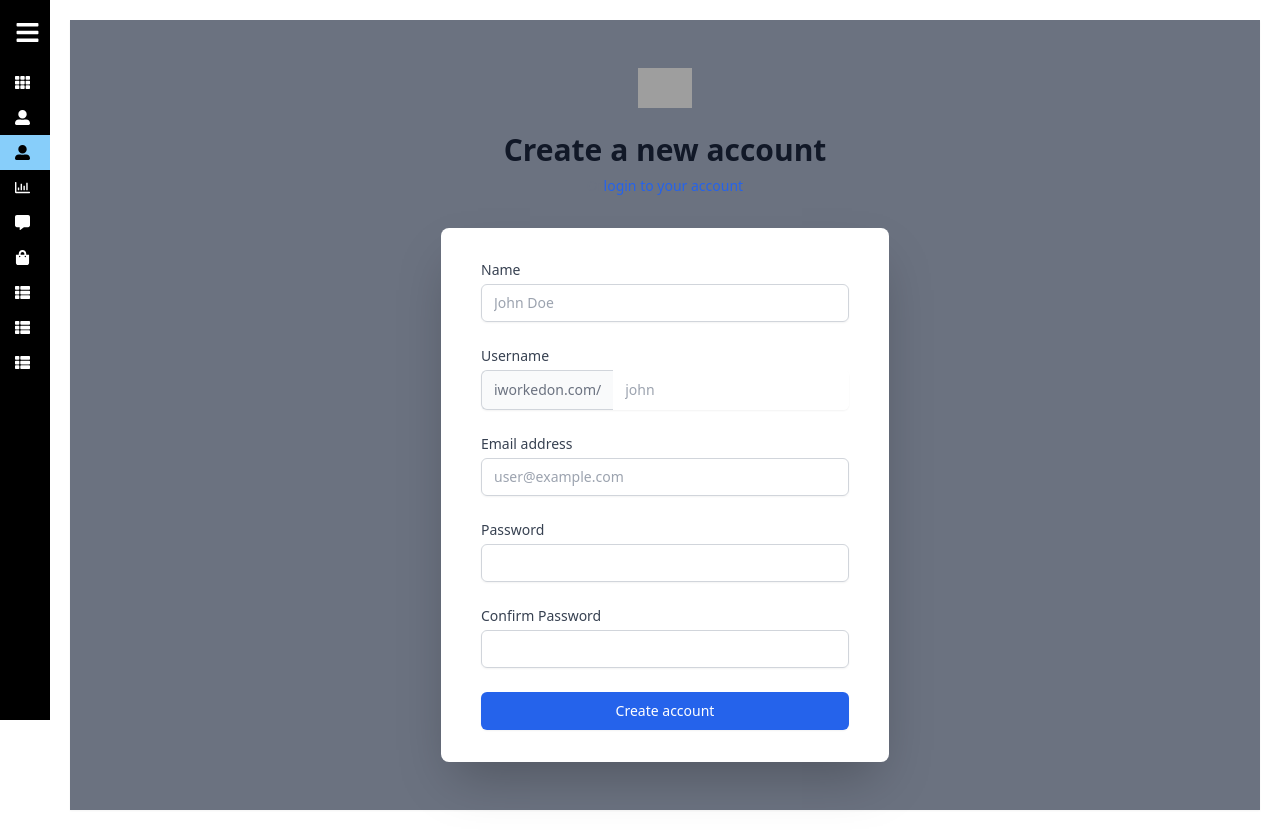
Repository: AndargWorku12/admin-dashboard
Page: /signup
The author's editor kept a copy of each file at every save. The page is drawn from the files as they stood at one save, then again after the next save.
The browser window is 1280 px wide. The pictures show the whole page.
Pictures or frames that could not be fetched are drawn as grey boxes. The project was rebuilt for these pictures with package versions that can differ from the ones it lists, and the page was loaded fresh each time. Also part of the build but not shown: src/pages/Dashboard.tsx, src/pages/Orders.tsx, src/pages/Category.tsx, src/pages/Login.tsx, src/pages/Analytics.tsx, src/pages/CustemerReview.tsx, src/pages/ProductList.tsx, src/pages/ShopCard.tsx.

Above is the page before, as saved 2024-01-26 03:56:58.

### src/index.tsx
import { ColorModeScript } from "@chakra-ui/react"
import * as React from "react"
import * as ReactDOM from "react-dom/client"
import App from "./App"
import './index.css'

const container = document.getElementById("root")
if (!container) throw new Error('Failed to find the root element');
const root = ReactDOM.createRoot(container)

root.render(

  <React.StrictMode>
    <ColorModeScript />
    <App />
  </React.StrictMode>,

)

### src/components/Sidebar.tsx
import React, { useState } from 'react';
import ReactNode from "react";
import {
    FaTh,
    FaBars,
    FaUserAlt,
    FaRegChartBar,
    FaCommentAlt,
    FaShoppingBag,
    FaThList
} from 'react-icons/fa';
import { NavLink, NavLinkProps } from 'react-router-dom';



interface MenuItem {
    path: string;
    name: string;
    icon: JSX.Element;
}

interface SidebarProps {
  children: React.ReactNode;
}
    const Sidebar: React.FC<React.PropsWithChildren<{}>> = ({ children }) => {
    const [isOpen, setIsOpen] = useState(false);

    const toggle = () => setIsOpen(!isOpen);

    const menuItems: MenuItem[] = [
        {
            path: '/',
            name: 'Dashboard',
            icon: <FaTh />,
        },
        {
            path: '/login',
            name: 'Login',
            icon: <FaUserAlt />,
        },
        {
          path: '/signup',
          name: 'Register form',
          icon: <FaUserAlt />,
      },
        {
            path: '/analytics',
            name: 'Analytics',
            icon: <FaRegChartBar />,
        },
        {
            path: '/review',
            name: 'CustemerReview',
            icon: <FaCommentAlt />,
        },
        {
            path: '/product',
            name: 'Product',
            icon: <FaShoppingBag />,
        },
        {
            path: '/category',
            name: 'Category List',
            icon: <FaThList />,
        },
        {
          path: '/orders',
          name: 'Orders',
          icon: <FaThList />,
      },
      {
        path: '/shop',
        name: 'Sample product',
        icon: <FaThList />,
    },
    ];

    return (
        <div className="container">
            <div style={{ width: isOpen ? '200px' : '50px' }} className="sidebar">
                <div className="top_section">
                    <h1 style={{ display: isOpen ? 'block' : 'none' }} className="logo">
                        Logo
                    </h1>
                    <div style={{ marginLeft: isOpen ? '50px' : '0px' }} className="bars">
                        <FaBars onClick={toggle} />
                    </div>
                </div>
                {menuItems.map((item, index) => (
                    <NavLink to={item.path} key={index} className="link"
                    //  activeClassName="active"
                     >
                        <div className="icon">{item.icon}</div>
                        <div style={{ display: isOpen ? 'block' : 'none' }} className="link_text text-sm">
                            {item.name}
                        </div>
                    </NavLink>
                ))}
            </div>
            <main>{children}</main>
        </div>
    );
};

export default Sidebar;

### src/App.css
* {
    margin: 0;
    padding: 0;
    text-decoration: none;
}

.container {
    display: flex;
}

main {
    width: 100%;
    padding: 20px;
}

.sidebar {
    background: #000;
    color: #fff;
    height: 100vh;
    width: 200px;
    transition: all 0.5s;
}

.top_section {
    display: flex;
    align-items: center;
    padding: 20px 15px;
}

.logo {
    font-size: 30px;
}

.bars {
    display: flex;
    font-size: 25px;
    margin-left: 50px;
}

.link {
    display: flex;
    color: #fff;
    padding: 10px 15px;
    gap: 15px;
    transition: all 0.5s;
}

.link:hover {
    background: lightskyblue;
    color: #000;
    transition: all 0.5s;
}

.active {
    background: lightskyblue;
    color: #000;
}

.icon,
.link_text {
    font-size: 15px;
}

### src/pages/SignUpForm.tsx

import React from 'react';

const SignUp: React.FC = () => {
  return (
    <div className="min-h-screen bg-gray-500 flex flex-col justify-center py-12 sm:px-6 lg:px-8 shadow-sm">
      <div className="sm:mx-auto sm:w-full sm:max-w-md">
        <img
          className="mx-auto h-10 w-auto"
          src="https://www.svgrepo.com/show/301692/login.svg"
          alt="Workflow"
        />
        <h2 className="mt-6 text-center text-3xl leading-9 font-extrabold text-gray-900">
          Create a new account
        </h2>
        <p className="mt-2 text-center text-sm leading-5 text-gray-500 max-w">
          Or
          <a
            href="#"
            className="font-medium text-blue-600 hover:text-blue-500 focus:outline-none focus:underline transition ease-in-out duration-150"
          >
            login to your account
          </a>
        </p>
      </div>

      <div className="mt-8 sm:mx-auto sm:w-full sm:max-w-md">
        <div className="bg-white py-8 px-4 sm:rounded-lg sm:px-10 shadow-2xl">
          <form method="POST" action="#">
            <div>
              <label htmlFor="name" className="block text-sm font-medium leading-5 text-gray-700">
                Name
              </label>
              <div className="mt-1 relative rounded-md shadow-sm">
                <input
                  id="name"
                  name="name"
                  placeholder="John Doe"
                  type="text"
                  required
                  value=""
                  className="appearance-none block w-full px-3 py-2 border border-gray-300 rounded-md placeholder-gray-400 focus:outline-none focus:shadow-outline-blue focus:border-blue-300 transition duration-150 ease-in-out sm:text-sm sm:leading-5"
                />
                <div className="hidden absolute inset-y-0 right-0 pr-3 flex items-center pointer-events-none">
                  <svg className="h-5 w-5 text-red-500" fill="currentColor" viewBox="0 0 20 20">
                    <path
                      fillRule="evenodd"
                      d="M18 10a8 8 0 11-16 0 8 8 0 0116 0zm-7 4a1 1 0 11-2 0 1 1 0 012 0zm-1-9a1 1 0 00-1 1v4a1 1 0 102 0V6a1 1 0 00-1-1z"
                      clipRule="evenodd"
                    />
                  </svg>
                </div>
              </div>
            </div>

            <div className="mt-6">
              <label htmlFor="username" className="block text-sm font-medium leading-5 text-gray-700">
                Username
              </label>
              <div className="mt-1 flex rounded-md shadow-sm">
                <span className="inline-flex h-10 items-center px-3 rounded-l-md border border-r-0 border-gray-300 bg-gray-50 text-gray-500 sm:text-sm">
                  iworkedon.com/
                </span>
                <input
                  id="username"
                  name="username"
                  placeholder="john"
                  type="text"
                  required
                  value=""
                  className="flex-1 form-input pl-3 block w-full rounded-none rounded-r-md transition duration-150 ease-in-out sm:text-sm sm:leading-5"
                />
              </div>
            </div>

            <div className="mt-6">
              <label htmlFor="email" className="block text-sm font-medium leading-5 text-gray-700">
                Email address
              </label>
              <div className="mt-1 relative rounded-md shadow-sm">
                <input
                  id="email"
                  name="email"
                  placeholder="user@example.com"
                  type="email"
                  required
                  value=""
                  className="appearance-none block w-full px-3 py-2 border border-gray-300 rounded-md placeholder-gray-400 focus:outline-none focus:shadow-outline-blue focus:border-blue-300 transition duration-150 ease-in-out sm:text-sm sm:leading-5"
                />
                <div className="hidden absolute inset-y-0 right-0 pr-3 flex items-center pointer-events-none">
                  <svg className="h-5 w-5 text-red-500" fill="currentColor" viewBox="0 0 20 20">
                    <path
                      fillRule="evenodd"
                      d="M18 10a8 8 0 11-16 0 8 8 0 0116 0zm-7 4a1 1 0 11-2 0 1 1 0 012 0zm-1-9a1 1 0 00-1 1v4a1 1 0 102 0V6a1 1 0 00-1-1z"
                      clipRule="evenodd"
                    ></path>
                  </svg>
                </div>
              </div>
            </div>

            <div className="mt-6">
              <label htmlFor="password" className="block text-sm font-medium leading-5 text-gray-700">
                Password
              </label>
              <div className="mt-1 rounded-md shadow-sm">
                <input
                  id="password"
                  name="password"
                  type="password"
                  required
                  className="appearance-none block w-full px-3 py-2 border border-gray-300 rounded-md placeholder-gray-400 focus:outline-none focus:shadow-outline-blue focus:border-blue-300 transition duration-150 ease-in-out sm:text-sm sm:leading-5"
                />
              </div>
            </div>

            <div className="mt-6">
              <label
                htmlFor="password_confirmation"
                className="block text-sm font-medium leading-5 text-gray-700"
              >
                Confirm Password
              </label>
              <div className="mt-1 rounded-md shadow-sm">
                <input
                  id="password_confirmation"
                  name="password_confirmation"
                  type="password"
                  required
                  className="appearance-none block w-full px-3 py-2 border border-gray-300 rounded-md placeholder-gray-400 focus:outline-none focus:shadow-outline-blue focus:border-blue-300 transition duration-150 ease-in-out sm:text-sm sm:leading-5"
                />
              </div>
            </div>

            <div className="mt-6">
              <span className="block w-full rounded-md shadow-sm">
                <button
                  type="submit"
                  className="w-full flex justify-center py-2 px-4 border border-transparent text-sm font-medium rounded-md text-white bg-blue-600 hover:bg-blue-500 focus:outline-none focus:border-indigo-700 focus:shadow-outline-indigo active:bg-indigo-700 transition duration-150 ease-in-out"
                >
                  Create account
                </button>
              </span>
            </div>
          </form>
        </div>
      </div>
    </div>
  );
};

export default SignUp;



// import React from 'react';

// const SignUpForm: React.FC = () => {
//   return (
//     <div className="px-80 pt-40">

//     <div className="w-96 backdrop-blur-lg bg-opacity-80 rounded-lg shadow-lg p-5 bg-gray-900 text-white">
//       <h2 className="text-2xl font-bold pb-5">SignUp</h2>
//       <form>
//         <div className="mb-4">
//           <label htmlFor="name" className="block mb-2 text-sm font-medium">
//             Your name
//           </label>
//           <input
//             type="text"
//             id="name"
//             className="bg-gray-100 border border-gray-300 text-gray-900 text-sm rounded-lg focus:ring-2 focus:ring-blue-500 focus:border-blue-500 w-full py-2.5 px-4"
//             placeholder="Andrew Jackson"
//             required
//             value=""
//           />
//         </div>
//         <div className="mb-4">
//           <label htmlFor="email" className="block mb-2 text-sm font-medium">
//             Your email
//           </label>
//           <input
//             type="email"
//             id="email"
//             className="bg-gray-100 border border-gray-300 text-gray-900 text-sm rounded-lg focus:ring-2 focus:ring-blue-500 focus:border-blue-500 w-full py-2.5 px-4"
//             placeholder="andrew@mail.com"
//             required
//             value=""
//           />
//         </div>
//         <div className="mb-4">
//           <label htmlFor="password" className="block mb-2 text-sm font-medium">
//             Your password
//           </label>
//           <input
//             type="password"
//             id="password"
//             className="bg-gray-100 border border-gray-300 text-gray-900 text-sm rounded-lg focus:ring-2 focus:ring-blue-500 focus:border-blue-500 w-full py-2.5 px-4"
//             placeholder="*********"
//             required
//             value=""
//           />
//         </div>
//         <div>
//           <p className="text-red-500 pb-5"></p>
//         </div>
//         <div className="flex items-center justify-between mb-4">
//           <button
//             type="submit"
//             className="text-white bg-purple-600 hover:bg-purple-700 focus:ring-2 focus:ring-blue-300 font-medium rounded-lg text-sm py-2.5 px-5 w-full sm:w-auto"
//           >
//             Register
//           </button>
//           <div className="flex items-center text-sm">
//             <p>Already have an account?</p>
//             <p className="underline cursor-pointer ml-1">Sign in</p>
//           </div>
//         </div>
//       </form>
//     </div>
//     </div>
//   );
// };

// export default SignUpForm;













// // import React from 'react';

// // const Signup: React.FC = () => {
// //   return (
// //     <div className="min-h-screen bg-gray-50 flex flex-col justify-center py-12 sm:px-6 lg:px-8">
// //       <div className="sm:mx-auto sm:w-full sm:max-w-md">
// //         <img
// //           className="mx-auto h-10 w-auto"
// //           src="https://www.svgrepo.com/show/301692/login.svg"
// //           alt="Workflow"
// //         />
// //         <h2 className="mt-6 text-center text-3xl leading-9 font-extrabold text-gray-900">
// //           Create a new account
// //         </h2>
// //         <p className="mt-2 text-center text-sm leading-5 text-gray-500 max-w">
// //           Or
// //           <a
// //             href="#"
// //             className="font-medium text-blue-600 hover:text-blue-500 focus:outline-none focus:underline transition ease-in-out duration-150"
// //           >
// //             login to your account
// //           </a>
// //         </p>
// //       </div>

// //       <div className="mt-8 sm:mx-auto sm:w-full sm:max-w-md">
// //         <div className="bg-white py-8 px-4 shadow sm:rounded-lg sm:px-10">
// //           <form method="POST" action="#">
// //             <div>
// //               <label htmlFor="name" className="block text-sm font-medium leading-5 text-gray-700">
// //                 Name
// //               </label>
// //               <div className="mt-1 relative rounded-md shadow-sm">
// //                 <input
// //                   id="name"
// //                   name="name"
// //                   placeholder="John Doe"
// //                   type="text"

// //                   value=""
// //                   className="appearance-none block w-full px-3 py-2 border border-gray-300 rounded-md placeholder-gray-400 focus:outline-none focus:shadow-outline-blue focus:border-blue-300 transition duration-150 ease-in-out sm:text-sm sm:leading-5"
// //                 />
// //                 <div className="hidden absolute inset-y-0 right-0 pr-3 flex items-center pointer-events-none">
// //                   <svg className="h-5 w-5 text-red-500" fill="currentColor" viewBox="0 0 20 20">
// //                     <path
// //                       fillRule="evenodd"
// //                       d="M18 10a8 8 0 11-16 0 8 8 0 0116 0zm-7 4a1 1 0 11-2 0 1 1 0 012 0zm-1-9a1 1 0 00-1 1v4a1 1 0 102 0V6a1 1 0 00-1-1z"
// //                       clipRule="evenodd"
// //                     ></path>
// //                   </svg>
// //                 </div>
// //               </div>
// //             </div>

// //             <div className="mt-6">
// //               <label htmlFor="username" className="block text-sm font-medium leading-5 text-gray-700">
// //                 Username
// //               </label>
// //               <div className="mt-1 flex rounded-md shadow-sm">
// //                 <span className="inline-flex h-10 items-center px-3 rounded-l-md border border-r-0 border-gray-300 bg-gray-50 text-gray-500 sm:text-sm">
// //                   iworkedon.com/
// //                 </span>
// //                 <input
// //                   id="username"
// //                   name="username"
// //                   placeholder="john"
// //                   type="text"

// //                   value=""
// //                   className="flex-1 form-input pl-3 block w-full rounded-none rounded-r-md transition duration-150 ease-in-out sm:text-sm sm:leading-5"
// //                 />
// //               </div>
// //             </div>

// //             <div className="mt-6">
// //               <label htmlFor="email" className="block text-sm font-medium leading-5 text-gray-700">
// //                 Email address
// //               </label>
// //               <div className="mt-1 relative rounded-md shadow-sm">
// //                 <input
// //                   id="email"
// //                   name="email"
// //                   placeholder="user@example.com"
// //                   type="email"

// //                   value=""
// //                   className="appearance-none block w-full px-3 py-2 border border-gray-300 rounded-md placeholder-gray-400 focus:outline-none focus:shadow-outline-blue focus:border-blue-300 transition duration-150 ease-in-out sm:text-sm sm:leading-5"
// //                 />
// //                 <div className="hidden absolute inset-y-0 right-0 pr-3 flex items-center pointer-events-none">
// //                   <svg className="h-5 w-5 text-red-500" fill="currentColor" viewBox="0 0 20 20">
// //                     <path
// //                       fillRule="evenodd"
// //                       d="M18 10a8 8 0 11-16 0 8 8 0 0116 0zm-7 4a1 1 0 11-2 0 1 1 0 012 0zm-1-9a1 1 0 00-1 1v4a1 1 0 102 0V6a1 1 0 00-1-1z"
// //                       clipRule="evenodd"
// //                     ></path>
// //                   </svg>
// //                 </div>
// //               </div>
// //             </div>

// //             <div className="mt-6">
// //               <label htmlFor="password" className="block text-sm font-medium leading-5 text-gray-700">
// //                 Password
// //               </label>
// //               <div className="mt-1 rounded-md shadow-sm">
// //                 <input
// //                   id="password"
// //                   name="password"
// //                   type="password"

// //                   className="appearance-none block w-full px-3 py-2 border border-gray-300 rounded-md placeholder-gray-400 focus:outline-none focus:shadow-outline-blue focus:border-blue-300 transition duration-150 ease-in-out sm:text-sm sm:leading-5"
// //                 />
// //               </div>
// //             </div>

// //             <div className="mt-6">
// //               <label htmlFor="password_confirmation" className="block text-sm font-medium leading-5 text-gray-700">
// //                 Confirm Password
// //               </label>
// //               <div className="mt-1 rounded-md shadow-sm">
// //                 <input
// //                   id="password_confirmation"
// //                   name="password_confirmation"
// //                   type="password"

// //                   className="appearance-none block w-full px-3 py-2 border border-gray-300 rounded-md placeholder-gray-400 focus:outline-none focus:shadow-outline-blue focus:border-blue-300 transition duration-150 ease-in-out sm:text-sm sm:leading-5"
// //                 />
// //               </div>
// //             </div>

// //             <div className="mt-6">
// //               <span className="block w-full rounded-md shadow-sm">
// //                 <button
// //                   type="submit"
// //                   className="w-full flex justify-center py-2 px-4 border border-transparent text-sm font-medium rounded-md text-white bg-blue-600 hover:bg-blue-500 focus:outline-none focus:border-indigo-700 focus:shadow-outline-indigo active:bg-indigo-700 transition duration-150 ease-in-out"
// //                 >
// //                   Create account
// //                 </button>
// //               </span>
// //             </div>
// //           </form>
// //         </div>
// //       </div>
// //     </div>
// //   );
// // };

// // export default Signup;

Loaded but not shown: public/index.html (common file); src/index.css (common file); tailwind.config.js (common file); src/App.tsx (333 lines, source omitted)

After the next save:
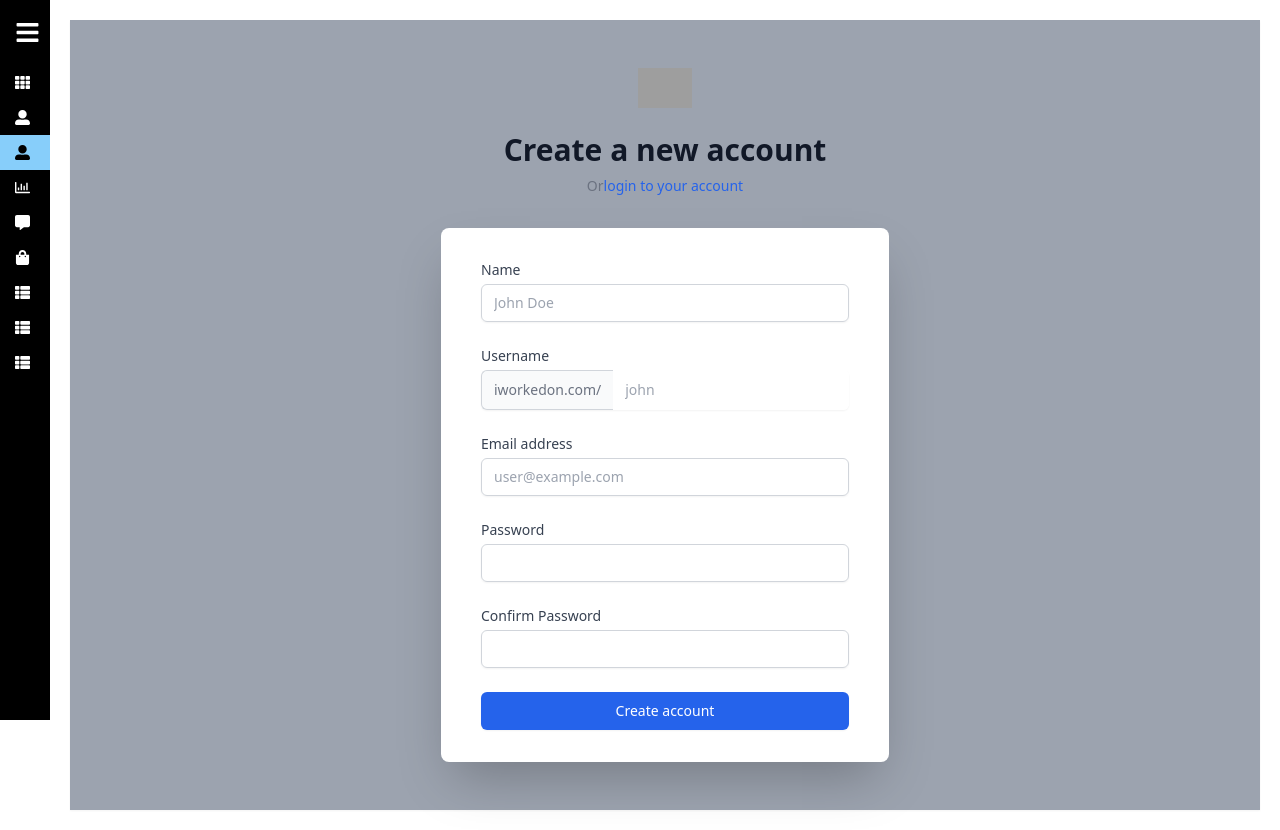
Saved 41 s later.
--- a/src/pages/SignUpForm.tsx
+++ b/src/pages/SignUpForm.tsx
@@ -3,7 +3,7 @@ import React from 'react';
 
 const SignUp: React.FC = () => {
   return (
-    <div className="min-h-screen bg-gray-500 flex flex-col justify-center py-12 sm:px-6 lg:px-8 shadow-sm">
+    <div className="min-h-screen bg-gray-400 flex flex-col justify-center py-12 sm:px-6 lg:px-8 shadow-sm">
       <div className="sm:mx-auto sm:w-full sm:max-w-md">
         <img
           className="mx-auto h-10 w-auto"
